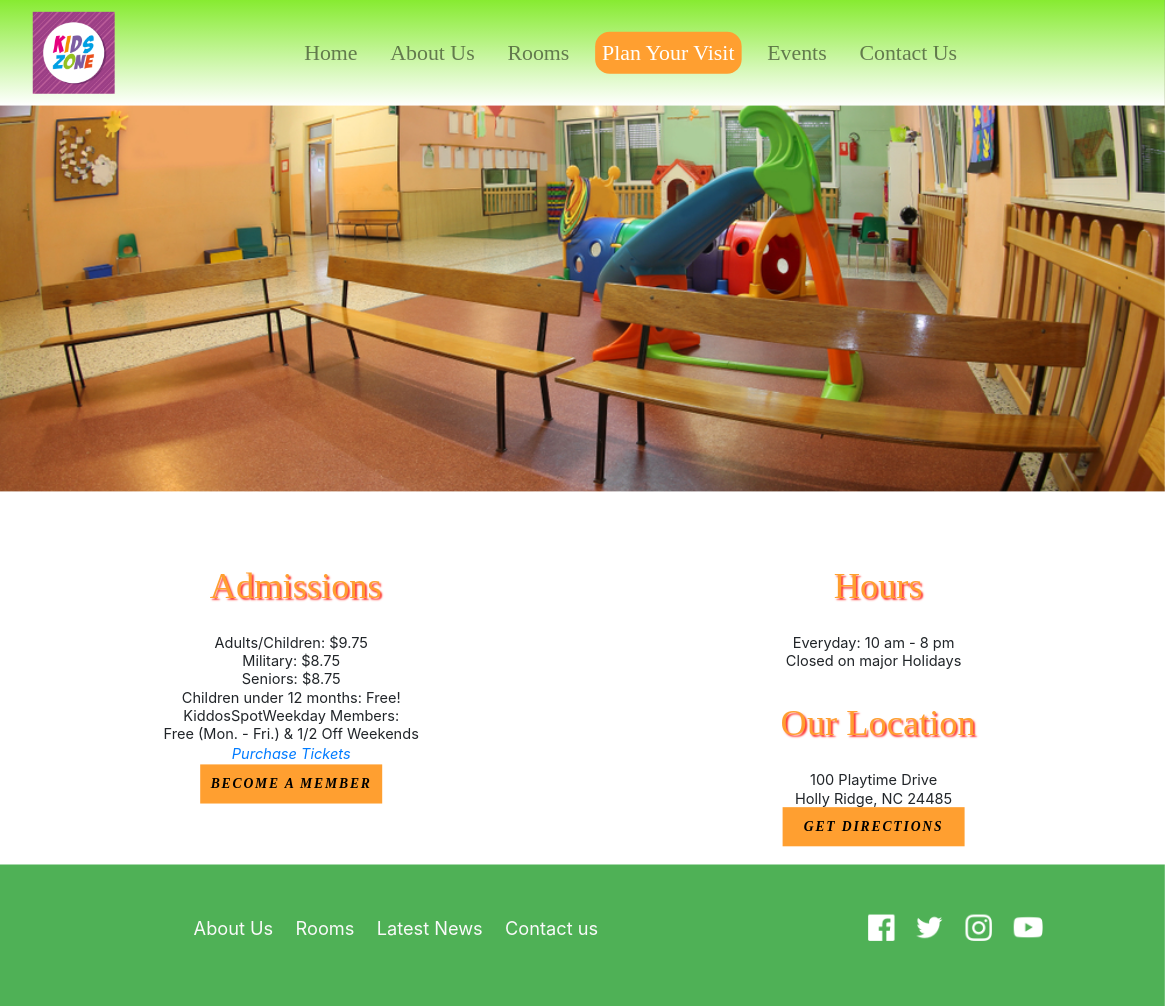
Repository: Code-Institute-Submissions/my-first-frontend-milestone-project
Page: planyourvisit.html
The author's editor kept a record of every edit. The page is drawn from the files as they stood at one moment, then again after the next edit.
The browser window is 1280 px wide. The pictures show the whole page, at 91% of full size.
Some web fonts or font styles are not loaded; a fallback is used.

Above is the page before.

After the next edit:
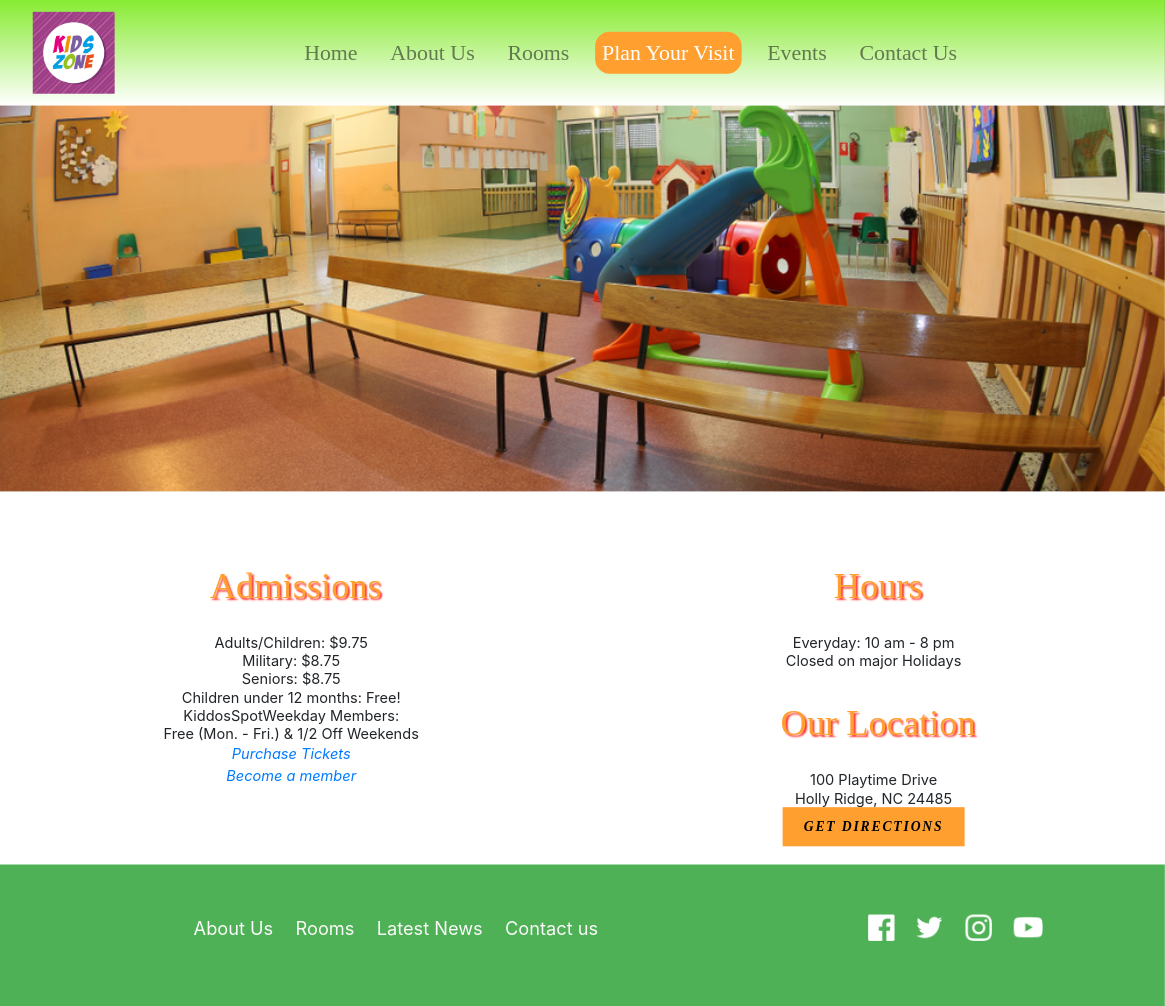
The edit:
--- a/planyourvisit.html
+++ b/planyourvisit.html
@@ -68,7 +68,7 @@
                         <a class="gettickets-btn" href="#"><em>Purchase Tickets</em></a>
                     </div>
                     <div>
-                        <a class="getdirections-btn" href="#"><em>Become a member</em></a>
+                        <a class="gettickets-btn" href="#"><em>Become a member</em></a>
                     </div>
                 </div>
                 <div class= "col-md-6 compact-paragraph">
